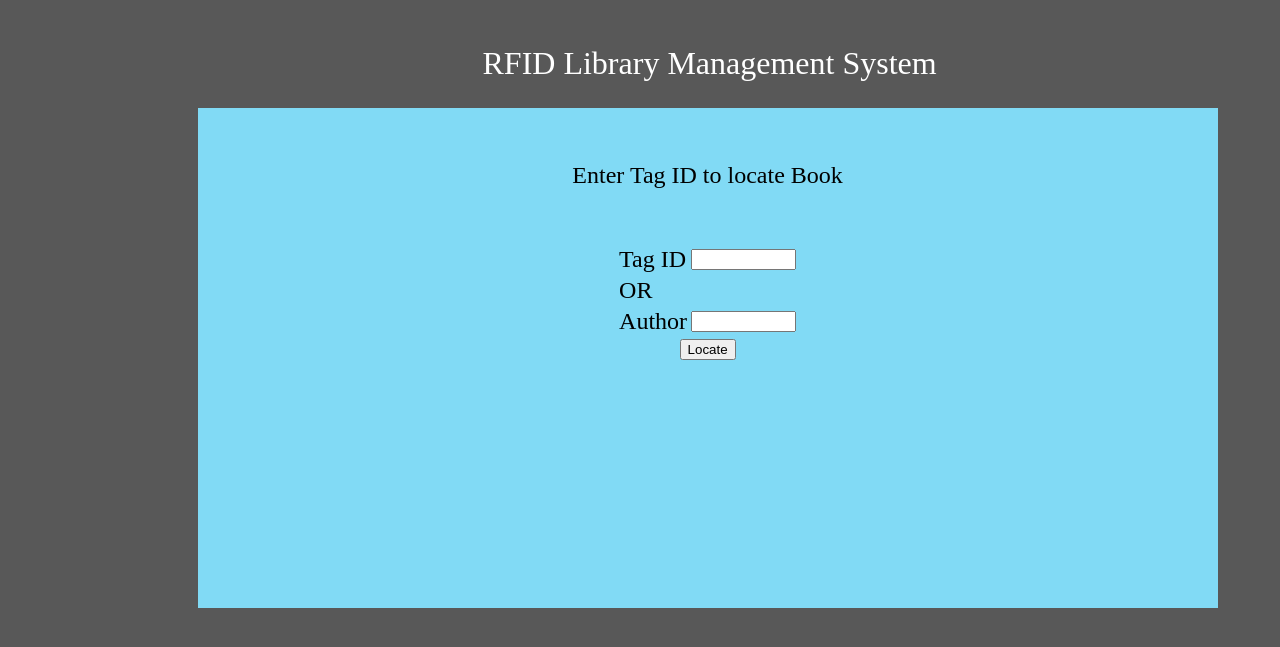
Repository: vigineshs/A-Smart-Data-Analyzer-for-Library-Management-System
Page: http://localhost/librarymgmt/locate.jsp
The author's editor kept a copy of each file at every save. The page is drawn from the files as they stood at one save, then again after the next save.
The browser window is 1280 px wide. The pictures show the whole page.
The page is served by Tomcat 9. Other server files are loaded and not shown.

Above is the page before, as saved 2013-02-10 16:51:48.

### PassiveRFID/CS203-Version 1.0.6/Demo Applications/Dot Net C#/Demo Applications Source Code/RFID/librarymgmt/WebContent/locate.jsp
<%@ page language="java" contentType="text/html; charset=ISO-8859-1"
    pageEncoding="ISO-8859-1"%>
<!DOCTYPE html PUBLIC "-//W3C//DTD HTML 4.01 Transitional//EN" "http://www.w3.org/TR/html4/loose.dtd">
<html>
<head>
<title>RFID | Library Management System</title>
<link rel="stylesheet" type="text/css" href="css/page.css ">
<script>
function validateForm()
{
var x=document.forms["f1"]["btag"].value;
var x1=document.forms["f1"]["bauthor"].value;
if ((x==null || x=="") && 1(x==null || x1==""))
  {
  alert("Atleast one field must be filled");
  return false;
  }}
  </script>
</head>
<body>
<div class="center">
<div id="container">
<div id="header"><br/>
RFID Library Management System
</div>
<div id="content">
<br/><br/><center>
Enter Tag ID to locate Book</center>

	<form method=GET action="http://localhost:8080/librarymgmt/location.jsp" onsubmit="return validateForm()" name=f1  ><br/><br/>
	<center>
<table>
<tr><td>Tag ID</td><td><input type=text size=10 name="btag" /></td></tr>
<tr><td colspan="2">OR</td></tr><tr><td>Author</td><td><input type=text size=10 name="bauthor" /></td></tr>
<tr  ><td colspan="2"><center><input type=submit value=Locate /></center></td></tr>
</table></center>
</form>

</div>
</div>
</div>
</body>
</html>

### PassiveRFID/CS203-Version 1.0.6/Demo Applications/Dot Net C#/Demo Applications Source Code/RFID/librarymgmt/WebContent/css/page.css
#container
{


width:1024px;
height:500px;
margin:0px;

}

a{
text-decoration:none;
font-color:blue;
font-size:32px;
}

a:hover{
font-color:red;
}

.center
{
margin-left:auto;
margin-right:auto;
width:70%;
}

body
{
background-color:#585858;
}

#header
{
background-color:#585858;
font-family:Monotype Corsiva;
font-size:32px;
color:white;
height:100px;
text-align:center;
float:center;
}

#content
{
background-color:#81DAF5;
width:1020px;
height:500px;
margin-left:0px;
overflow:hidden;
font-size:24px;
float:center;
}

#lcon
{
width:300px;
height:100%
overflow:hidden;
}

#rcon
{
width:700px;
height:100%
overflow:hidden;
margin-left:300px;
}

After the next save:
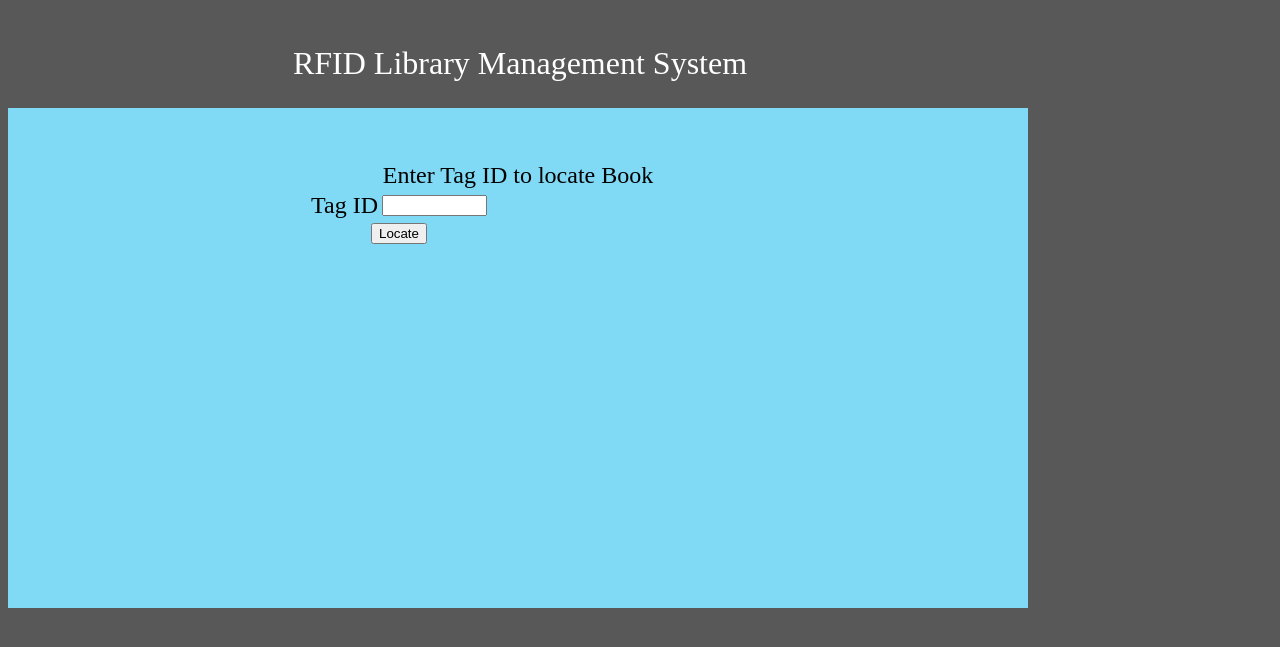
Saved 6 min 13 s later.
--- a/PassiveRFID/CS203-Version 1.0.6/Demo Applications/Dot Net C#/Demo Applications Source Code/RFID/librarymgmt/WebContent/locate.jsp
+++ b/PassiveRFID/CS203-Version 1.0.6/Demo Applications/Dot Net C#/Demo Applications Source Code/RFID/librarymgmt/WebContent/locate.jsp
@@ -9,16 +9,15 @@
 function validateForm()
 {
 var x=document.forms["f1"]["btag"].value;
-var x1=document.forms["f1"]["bauthor"].value;
-if ((x==null || x=="") && 1(x==null || x1==""))
+if (x==null || x=="")
   {
-  alert("Atleast one field must be filled");
+  alert("TagID must be filled");
   return false;
-  }}
+  }
+  }
   </script>
 </head>
 <body>
-<div class="center">
 <div id="container">
 <div id="header"><br/>
 RFID Library Management System
@@ -26,17 +25,17 @@
 <div id="content">
 <br/><br/><center>
 Enter Tag ID to locate Book</center>
+	<div id="lcon">
 
-	<form method=GET action="http://localhost:8080/librarymgmt/location.jsp" onsubmit="return validateForm()" name=f1  ><br/><br/>
-	<center>
+	</div>
+	<div id="rcon">
+	<form method=GET action="http://localhost:8080/librarymgmt/location.jsp"  >
 <table>
-<tr><td>Tag ID</td><td><input type=text size=10 name="btag" /></td></tr>
-<tr><td colspan="2">OR</td></tr><tr><td>Author</td><td><input type=text size=10 name="bauthor" /></td></tr>
+<tr><td>Tag ID</td><td><input type=text size=10 name="tag" /></td></tr>
 <tr  ><td colspan="2"><center><input type=submit value=Locate /></center></td></tr>
-</table></center>
+</table>
 </form>
-
-</div>
+	</div>
 </div>
 </div>
 </body>

After the save that followed:
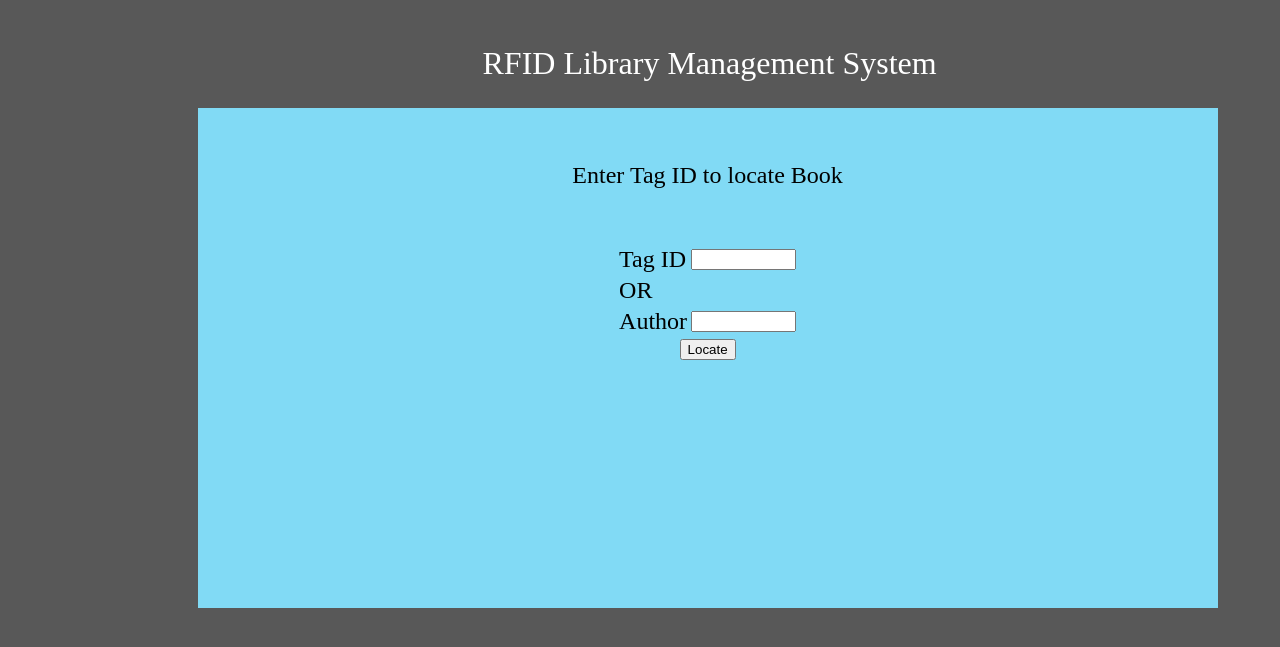
Saved 32 s later.
--- a/PassiveRFID/CS203-Version 1.0.6/Demo Applications/Dot Net C#/Demo Applications Source Code/RFID/librarymgmt/WebContent/locate.jsp
+++ b/PassiveRFID/CS203-Version 1.0.6/Demo Applications/Dot Net C#/Demo Applications Source Code/RFID/librarymgmt/WebContent/locate.jsp
@@ -9,15 +9,16 @@
 function validateForm()
 {
 var x=document.forms["f1"]["btag"].value;
-if (x==null || x=="")
+var x1=document.forms["f1"]["bauthor"].value;
+if ((x==null || x=="") && 1(x==null || x1==""))
   {
-  alert("TagID must be filled");
+  alert("Atleast one field must be filled");
   return false;
-  }
-  }
+  }}
   </script>
 </head>
 <body>
+<div class="center">
 <div id="container">
 <div id="header"><br/>
 RFID Library Management System
@@ -25,17 +26,17 @@
 <div id="content">
 <br/><br/><center>
 Enter Tag ID to locate Book</center>
-	<div id="lcon">
 
-	</div>
-	<div id="rcon">
-	<form method=GET action="http://localhost:8080/librarymgmt/location.jsp"  >
+	<form method=GET action="http://localhost:8080/librarymgmt/location.jsp" onsubmit="return validateForm()" name=f1  ><br/><br/>
+	<center>
 <table>
-<tr><td>Tag ID</td><td><input type=text size=10 name="tag" /></td></tr>
+<tr><td>Tag ID</td><td><input type=text size=10 name="btag" /></td></tr>
+<tr><td colspan="2">OR</td></tr><tr><td>Author</td><td><input type=text size=10 name="bauthor" /></td></tr>
 <tr  ><td colspan="2"><center><input type=submit value=Locate /></center></td></tr>
-</table>
+</table></center>
 </form>
-	</div>
+
+</div>
 </div>
 </div>
 </body>
